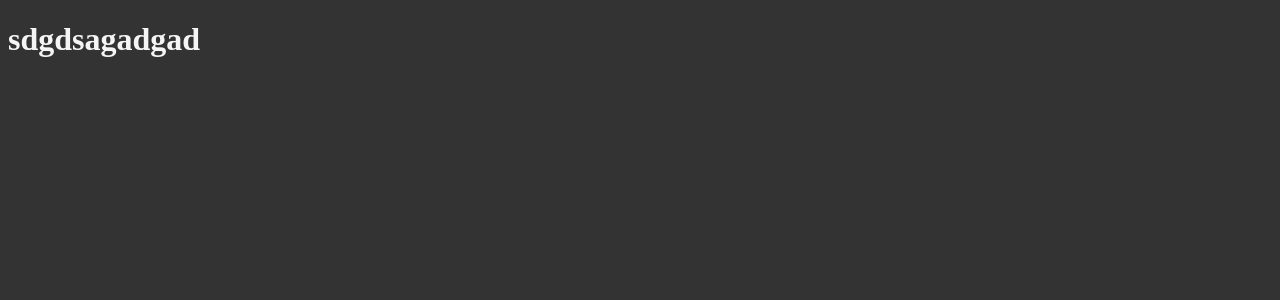
Repository: sannikovcode/exercises-a1
Page: JS/test1/task4/index.html
The author's editor kept a copy of each file at every save. The page is drawn from the files as they stood at one save, then again after the next save.
The browser window is 1280 px wide. The pictures show the whole page.

Above is the page before, as saved 2025-10-13 13:34:53.

### JS/test1/task4/index.html
<!DOCTYPE html>
<html lang="en">
<head>
    <meta charset="UTF-8">
    <meta name="viewport" content="width=device-width, initial-scale=1.0">
    <title>Document</title>
    <link rel="stylesheet" href="main.css"
    type="text/css">
</head>
<body>
    <h1> sdgdsagadgad</h1>
</body>
</html>

### JS/test1/task4/main.css
html {
            front-size: 22px
        }

        body {
            background-color:   #333;
            color: whitesmoke;
        }

After the next save:
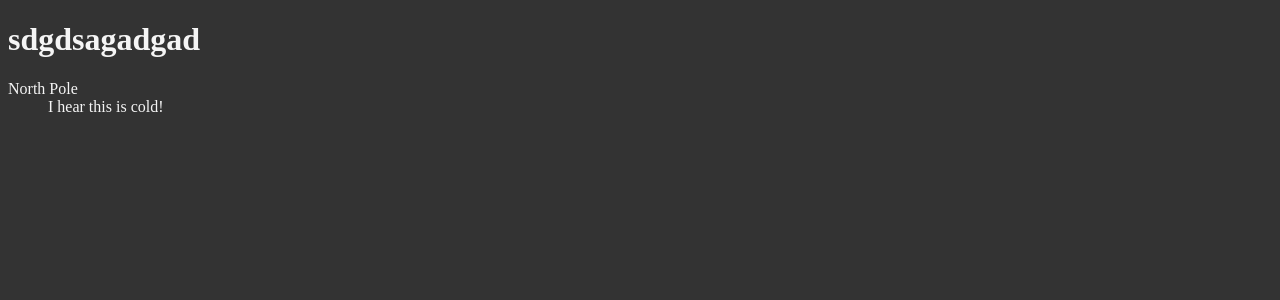
Saved 2 min 28 s later.
--- a/JS/test1/task4/index.html
+++ b/JS/test1/task4/index.html
@@ -8,6 +8,12 @@
     type="text/css">
 </head>
 <body>
+
     <h1> sdgdsagadgad</h1>
+    <dl>
+        <dt> North Pole</dt>
+        <dd>I hear this is cold!</dd>
+    </dl>
+
 </body>
 </html>
